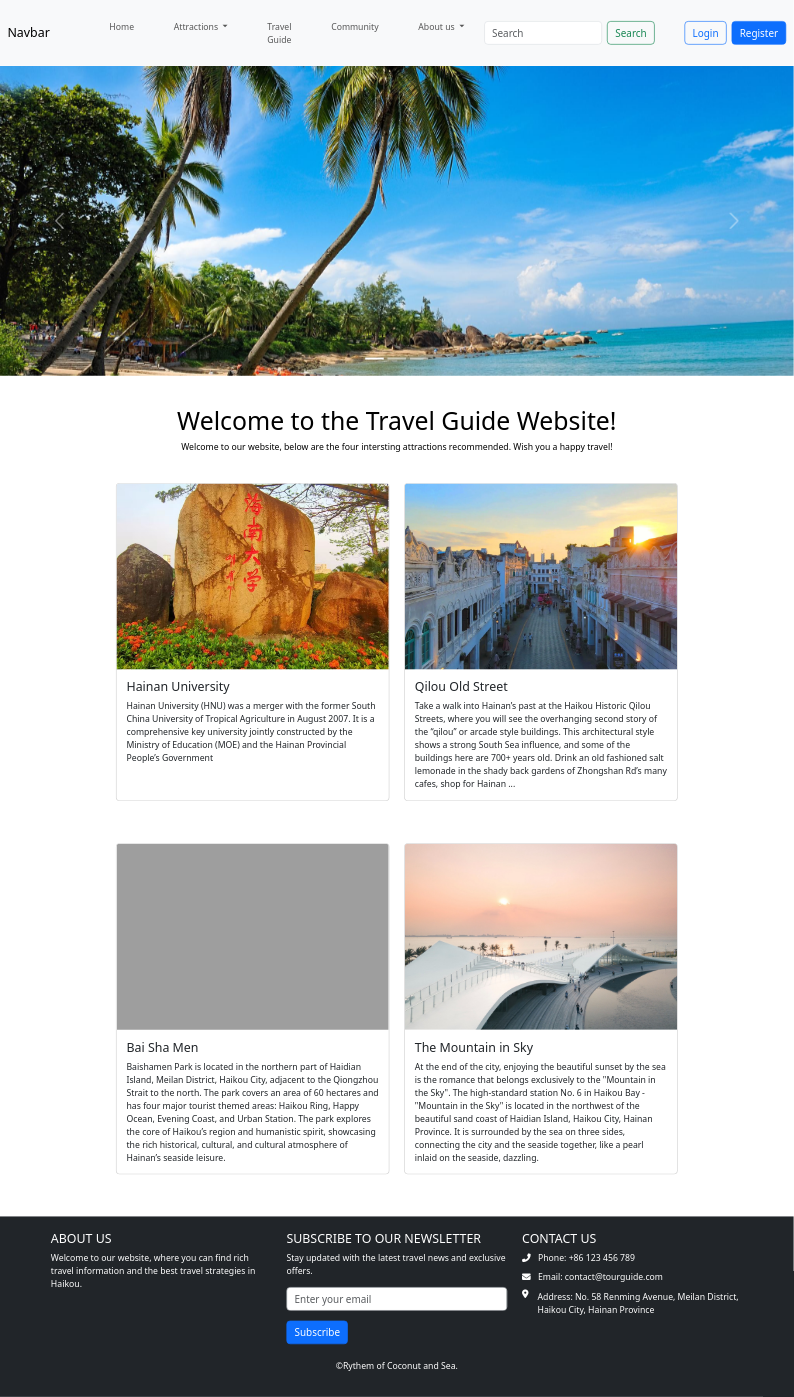
Repository: NIIT-RG6/web-project
Page: /
The author's editor kept a copy of each file at every save. The page is drawn from the files as they stood at one save, then again after the next save.
The browser window is 1280 px wide. The pictures show the whole page, at 62% of full size.
Pictures or frames that could not be fetched are drawn as grey boxes. The project was rebuilt for these pictures with package versions that can differ from the ones it lists, and the page was loaded fresh each time. Also part of the build but not shown: vue.config.js, src/views/College.vue, src/views/Foods.vue, src/views/Park.vue, src/views/Sky.vue, src/views/Street.vue, src/views/StrategyHome.vue, src/views/StrategyBlog.vue and 6 more. Imported but missing from the stored project, and not drawn on this page: src/assets/js/vuetify.js.

Above is the page before, as saved 2024-10-25 03:42:00.

After the next save:
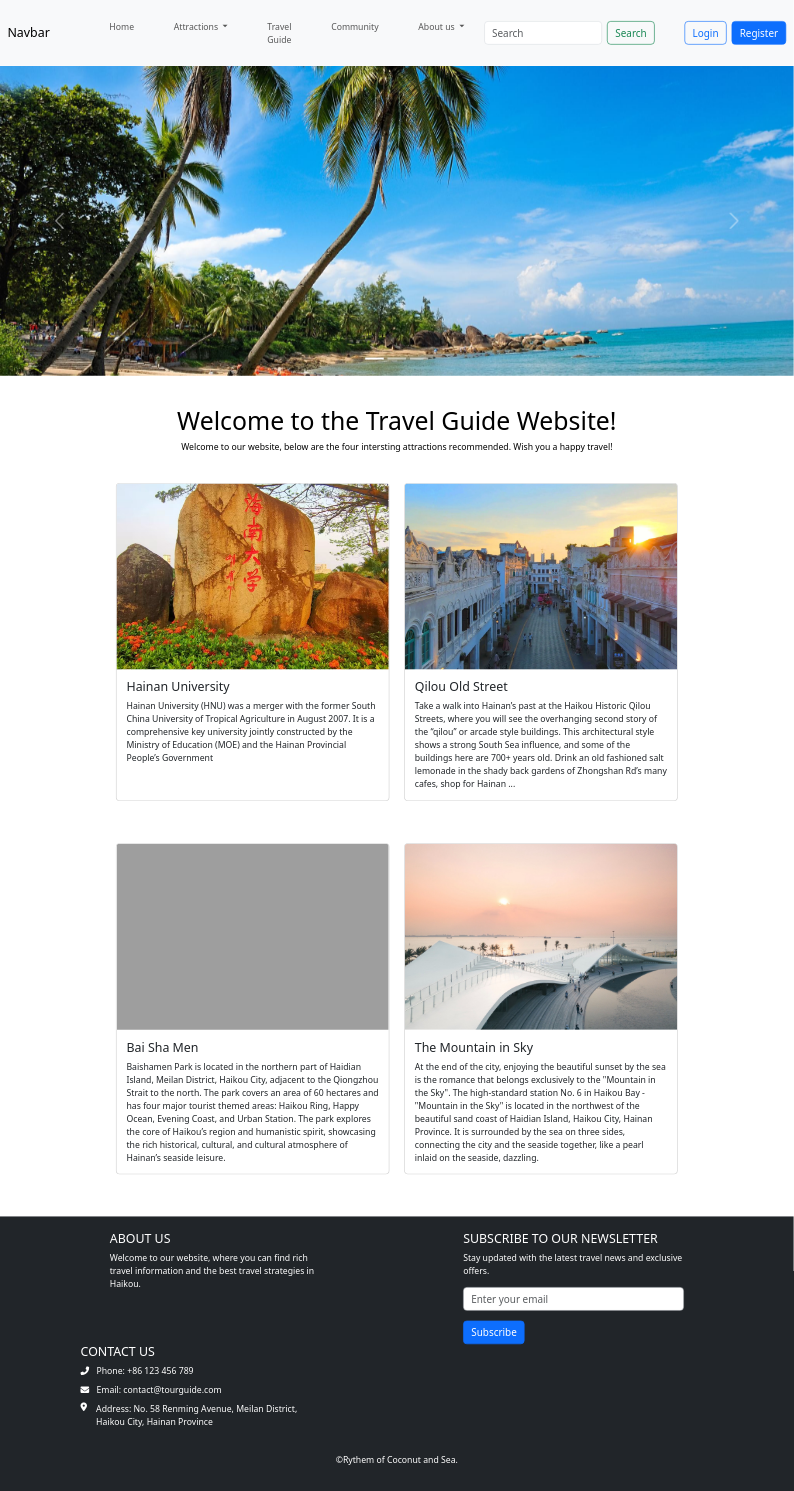
Saved 11 s later.
--- a/src/components/AppFooter.vue
+++ b/src/components/AppFooter.vue
@@ -24,7 +24,7 @@
 
 
                 <!-- NEWSLETTER SIGNUP -->
-                <div class="col-md-4 mx-auto">
+                <div class="col-md-4 mx-5">
                     <h5>CONTACT US</h5>
                     <ul class="list-unstyled contact-info">
                         <li>
